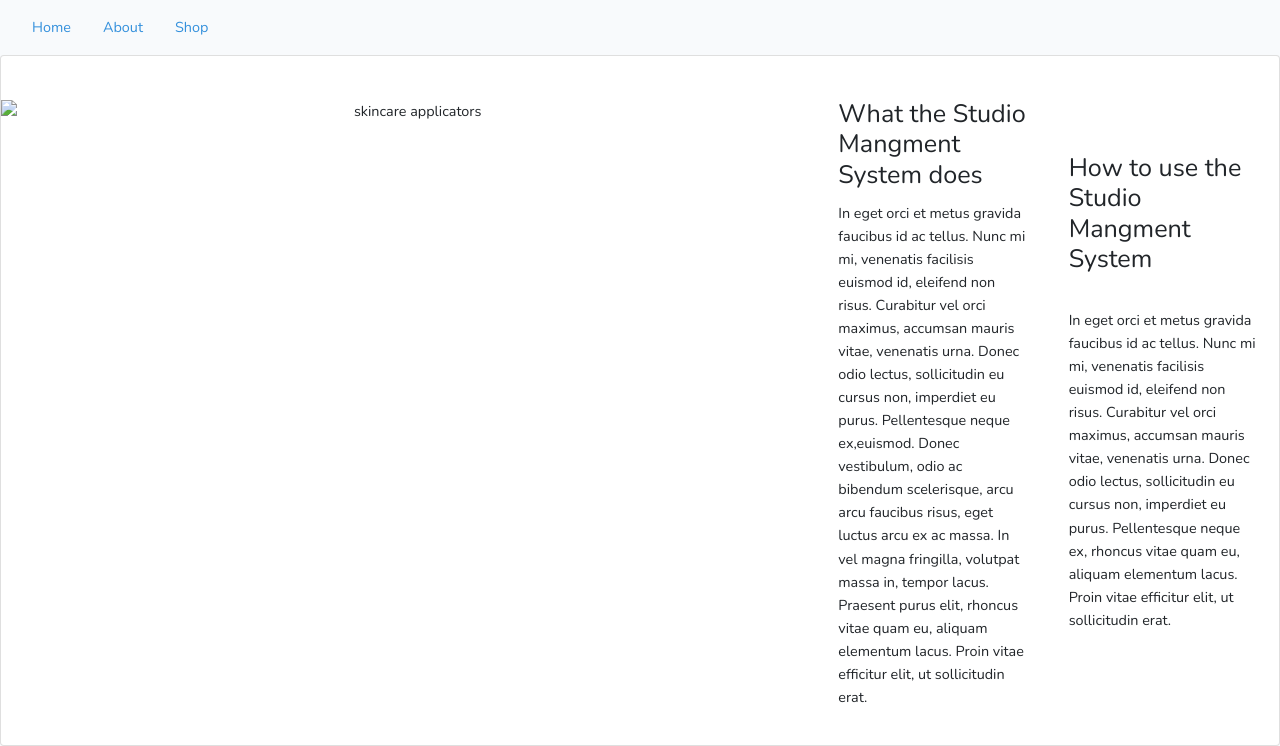
Repository: littae2/simplicite
Page: http://localhost/shop
The author's editor kept a copy of each file at every save. The page is drawn from the files as they stood at one save, then again after the next save.
The browser window is 1280 px wide. The pictures show the whole page.
Some web libraries are served in a nearby version. The page is served by the project's Laravel application, run on PHP 8.4 with Laravel 8. Other server files are loaded and not shown.

Above is the page before, as saved 2021-08-13 14:32:09.

### Project/routes/web.php
<?php

use Illuminate\Support\Facades\Route;

/*
|--------------------------------------------------------------------------
| Web Routes
|--------------------------------------------------------------------------
|
| Here is where you can register web routes for your application. These
| routes are loaded by the RouteServiceProvider within a group which
| contains the "web" middleware group. Now create something great!
|
*/

Route::get('/', function () {
    return view('home.index');
});

Route::get('/about', function () {
    return view('about.index');
});
Route::get('/shop', function () {
    return view('shop.index');
});

### Project/resources/views/shop/index.blade.php
@extends('layouts.layout')
@section('title', 'Welcome')
@section('content')
<div class="pageContent">

<!-- @if(Auth::check())
<div> you are logged in </div>
@else
<div> please login</div>
@endif -->

  <div class="card d-flex flex-row justify-content-between align-items-center w-90 home">
  <img src="{{url('img/product2.jpg')}}" alt="skincare applicators" class="headerImg">
    <div class="card-body w-25 ">

      <br>
      <h3 class="card-title">What the Studio Mangment System does</h3>

      <p>In eget orci et metus gravida faucibus id ac tellus. Nunc mi mi, venenatis facilisis euismod id, eleifend non risus.
        Curabitur vel orci maximus, accumsan mauris vitae, venenatis urna. Donec odio lectus, sollicitudin eu cursus non, imperdiet eu purus.
        Pellentesque neque ex,euismod. Donec vestibulum, odio ac bibendum scelerisque, arcu arcu faucibus risus, eget luctus arcu ex ac massa. In vel magna fringilla, volutpat massa in, tempor lacus.
        Praesent purus elit, rhoncus vitae quam eu, aliquam elementum lacus. Proin vitae efficitur elit, ut sollicitudin erat.</p>

    </div>
    <div class=" card-body w-25">

      <h3 class="card-title">How to use the Studio Mangment System</h3>
      <br>
      <p>In eget orci et metus gravida faucibus id ac tellus. Nunc mi mi, venenatis facilisis euismod id, eleifend non risus.
        Curabitur vel orci maximus, accumsan mauris vitae, venenatis urna. Donec odio lectus, sollicitudin eu cursus non, imperdiet eu purus.
        Pellentesque neque ex, rhoncus vitae quam eu, aliquam elementum lacus. Proin vitae efficitur elit, ut sollicitudin erat.</p>

    </div>

  </div>
</div>
@endsection

### Project/resources/views/layouts/layout.blade.php
<!--This is the Main layout page-->
<!DOCTYPE html>
<html lang="en">
<head>
    <meta charset="UTF-8">
        <!-- CSRF Token -->
    <meta name="csrf-token" content="mlxnBRgEB1AbPWkhP1fOm5sUhDzONcfLGmqMOlHY">
    <meta name="viewport" content="width=device-width, initial-scale=1.0">

    <script src="https://kit.fontawesome.com/b07d89ef49.js" crossorigin="anonymous"></script>

    <!--  JQUEURY-->
    <script src="https://code.jquery.com/jquery-3.1.0.min.js"></script>

    <!--  BS -->
    <link rel="stylesheet" href="{{asset('css/simplicite.css')}}">
    <link rel="stylesheet" href="{{asset('css/app.css')}}">

    <!--JS -->




</head>
<body>

  @include('layouts.navbar')

<!-- Fonts -->
<link href="https://fonts.googleapis.com/css?family=Nunito:200,600" rel="stylesheet">

@yield('content')
</body>
</html>

### Project/resources/views/layouts/navbar.blade.php
<!-- <div class= "nav">
      <a class="nav-link" href="{{url('/welcome')}}">Home</a>
      <a class="nav-link" href="{{url('/view-cohorts')}}">Cohort</a>
      <a class="nav-link" href="{{url('/students')}}">Students</a>
      <a class="nav-link" href="{{url('/upload')}}">Upload</a>
      <a class="nav-link" href="{{url('/enrolment')}}">Enrollment</a>
</div> -->
<script src="https://code.jquery.com/jquery-3.2.1.slim.min.js" integrity="sha384-KJ3o2DKtIkvYIK3UENzmM7KCkRr/rE9/Qpg6aAZGJwFDMVNA/GpGFF93hXpG5KkN" crossorigin="anonymous"></script>
<script src="https://cdnjs.cloudflare.com/ajax/libs/popper.js/1.12.9/umd/popper.min.js" integrity="sha384-ApNbgh9B+Y1QKtv3Rn7W3mgPxhU9K/ScQsAP7hUibX39j7fakFPskvXusvfa0b4Q" crossorigin="anonymous"></script>
<script src="https://maxcdn.bootstrapcdn.com/bootstrap/4.0.0/js/bootstrap.min.js" integrity="sha384-JZR6Spejh4U02d8jOt6vLEHfe/JQGiRRSQQxSfFWpi1MquVdAyjUar5+76PVCmYl" crossorigin="anonymous"></script>


<div class="nav">
  <div class="col-md-12 school-options-dropdown text-center nav-link">

    <div class="nav">
      <a class="nav-link" href="{{url('/')}}">Home</a>
      <a class="nav-link" href="{{url('/about')}}">About</a>
      <a class="nav-link" href="{{url('/shop')}}">Shop</a>



    </div>
  </div>
</div>
</div>

### Project/public/css/simplicite.css
.headerImg {
    width: 1200px;
  height:600px;
  background-position-y: 80%;
  background-size: cover; /* or contain depending on what you want */
  background-position: center center;
  background-repeat: no-repeat;
  text-align:center;
  margin:auto;
  padding:0;
}

Loaded but not shown: Project/public/css/app.css (library)

After the next save:
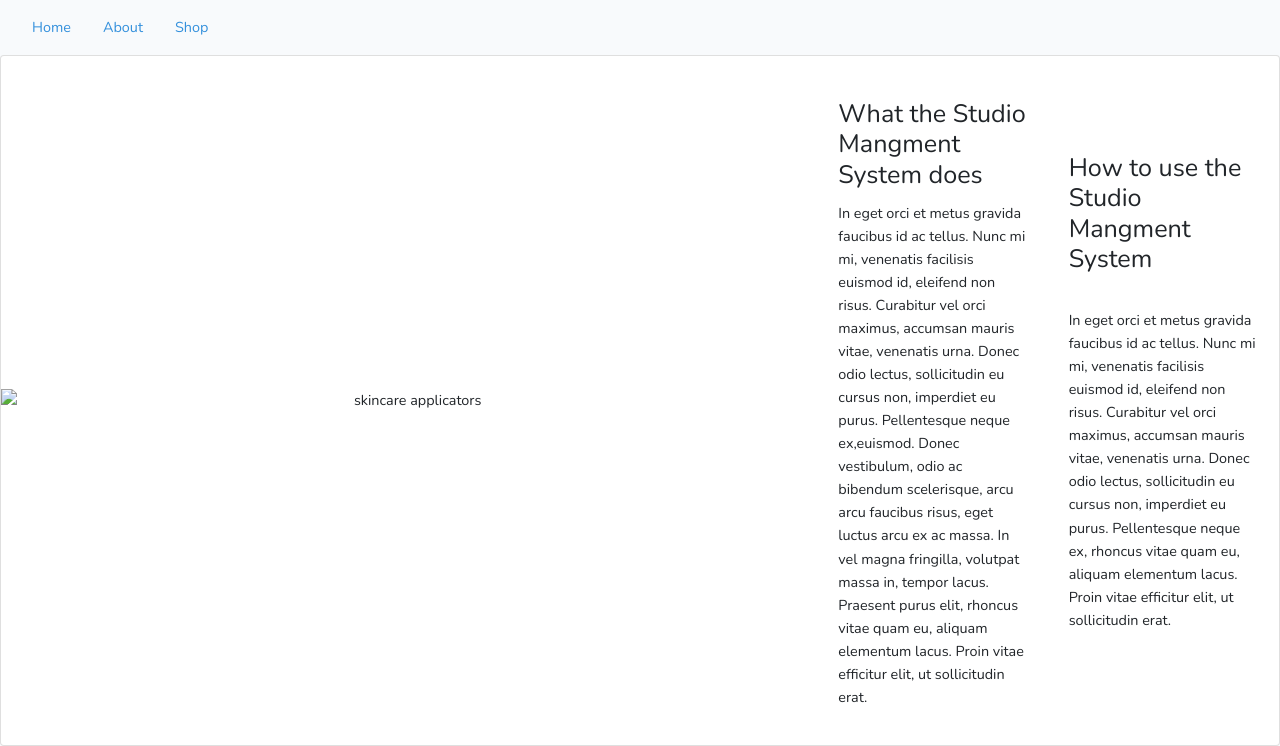
Saved 5 s later.
--- a/Project/public/css/simplicite.css
+++ b/Project/public/css/simplicite.css
@@ -1,6 +1,6 @@
 .headerImg {
     width: 1200px;
-  height:600px;
+
   background-position-y: 80%;
   background-size: cover; /* or contain depending on what you want */
   background-position: center center;
